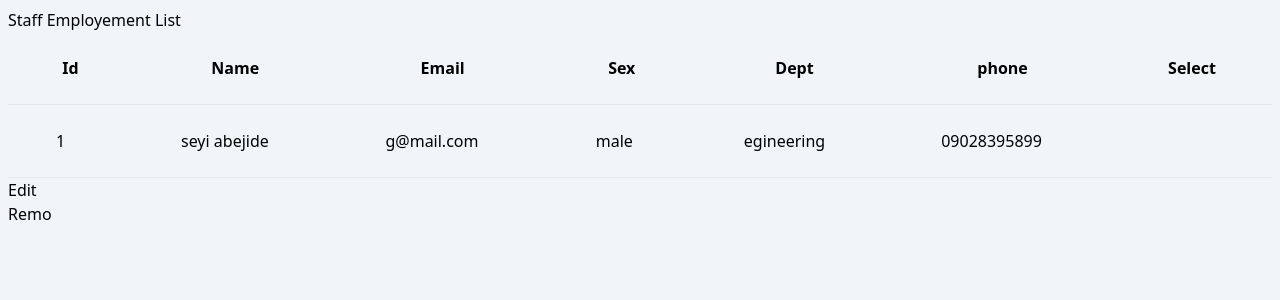
Repository: Semanmernstack/crud
Page: /
The author's editor kept a copy of each file at every save. The page is drawn from the files as they stood at one save, then again after the next save.
The browser window is 1280 px wide. The pictures show the whole page.
The project was rebuilt for these pictures with package versions that can differ from the ones it lists, and the page was loaded fresh each time. Requests to the local data server were answered from the project's data file. Also part of the build but not shown: src/Details.js, src/Create.js, src/Edit.js.

Above is the page before, as saved 2022-12-24 00:48:48.

### src/App.js
import List from "./List";
import {
  BrowserRouter,
  Routes,
  Route,

} from "react-router-dom";
import Details from "./Details";
import Create from "./Create";
import Edit from "./Edit";



function App() {
  return (
    <div className="bg-slate-100 h-screen">
      <BrowserRouter>

      <Routes>
        <Route path="/" element={<List/>}> </Route>
        <Route path="/employee/create" element={<Create/>}> </Route>
        <Route path="/employee/details/:empid" element={<Details/>}> </Route>
        <Route path="/employee/edit/:empid" element={<Edit/>}> </Route>
      </Routes>
      </BrowserRouter>

    </div>
  );
}

export default App;

### src/List.js

import React, { useEffect, useState } from 'react'

function List() {
    const [records, setRecords] = useState("")

    useEffect(() => {
        fetch("http://localhost:8000/employee").then((res) => {
            return res.json()
        }).then((resp) => {
            console.log(resp)
            setRecords(resp)

        })

    }, [])
  return (
    <div className="overflow-x-hidden lg:max-w-7xl mx-auto  p-2 items-center   ">

        <p>Staff Employement List</p>


        <table className="  w-[100%]   " >

            <thead>
                <tr className="border-b">
                    <th scope='col' className=" lg:py-6 lg:px-12 py-3 px-6">Id</th>
                    <th scope='col' className=" lg:py-6 lg:px-12 py-3 px-6">Name</th>
                    <th scope='col' className=" lg:py-6 lg:px-12 py-3 px-6">Email</th>
                    <th scope='col' className=" lg:py-6 lg:px-12 py-3 px-6">Sex</th>
                    <th scope='col' className=" lg:py-6 lg:px-12 py-3 px-6">Dept</th>
                    <th scope='col' className=" lg:py-6 lg:px-12 py-3 px-6">phone</th>
                    <th scope='col' className=' lg:py-6 lg:px-12 py-3 px-6'>Select</th>

                </tr>
            </thead>
            <tbody>
                {
                    records &&
                    records.map((record) => (
                    <tr className="border-b" key={record.id}>
                        <td className=" lg:py-6 lg:px-12 py-3 px-6">{record.id}</td>
                        <td className=" lg:py-6 lg:px-12 py-3 px-6" >{record.name}</td>
                        <td className=" lg:py-6 lg:px-12 py-3 px-6">{record.email}</td>
                        <td className=" lg:py-6 lg:px-12 py-3 px-6">{record.sex}</td>
                        <td className=" lg:py-6 lg:px-12 py-3 px-6">{record.dept}</td>
                        <td className=" lg:py-6 lg:px-12 py-3 px-6">{record.phone}</td>
                    </tr>
                    ))
                }

            </tbody>

        </table>

        <div>
            <p>Edit</p>
            <p>Remo</p>
        </div>


    </div>
  )
}

export default List

### db.json
{
  "employee": [
    {
      "id": 1,
      "name": "seyi abejide",
      "email": "g@mail.com",
      "phone": "09028395899",
      "dept": "egineering",
      "sex": "male"

    }
  ]

}

Loaded but not shown: public/index.html (common file); src/index.js (common file); src/index.css (common file); src/reportWebVitals.js (common file); tailwind.config.js (common file)

After the next save:
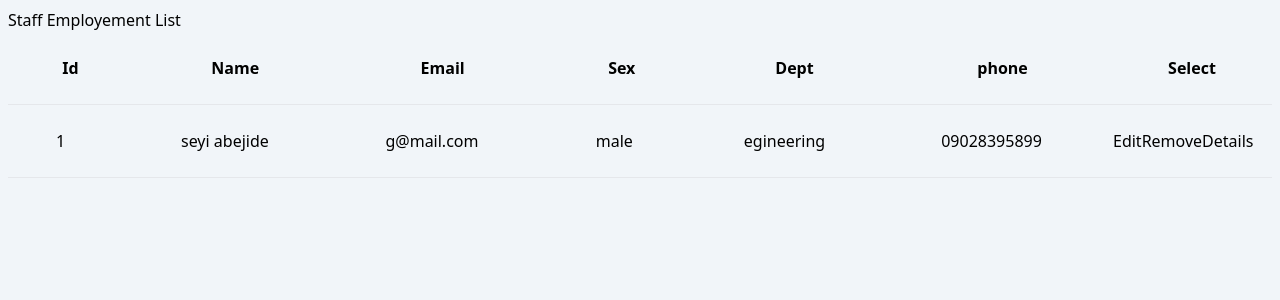
Saved 3 min 34 s later.
--- a/src/List.js
+++ b/src/List.js
@@ -45,6 +45,11 @@ function List() {
                         <td className=" lg:py-6 lg:px-12 py-3 px-6">{record.sex}</td>
                         <td className=" lg:py-6 lg:px-12 py-3 px-6">{record.dept}</td>
                         <td className=" lg:py-6 lg:px-12 py-3 px-6">{record.phone}</td>
+                        <td>
+                            <a>Edit</a>
+                            <a >Remove</a>
+                            <a >Details</a>
+                        </td>
                     </tr>
                     ))
                 }
@@ -53,10 +58,7 @@ function List() {
 
         </table>
 
-        <div>
-            <p>Edit</p>
-            <p>Remo</p>
-        </div>
+
 
 
     </div>
